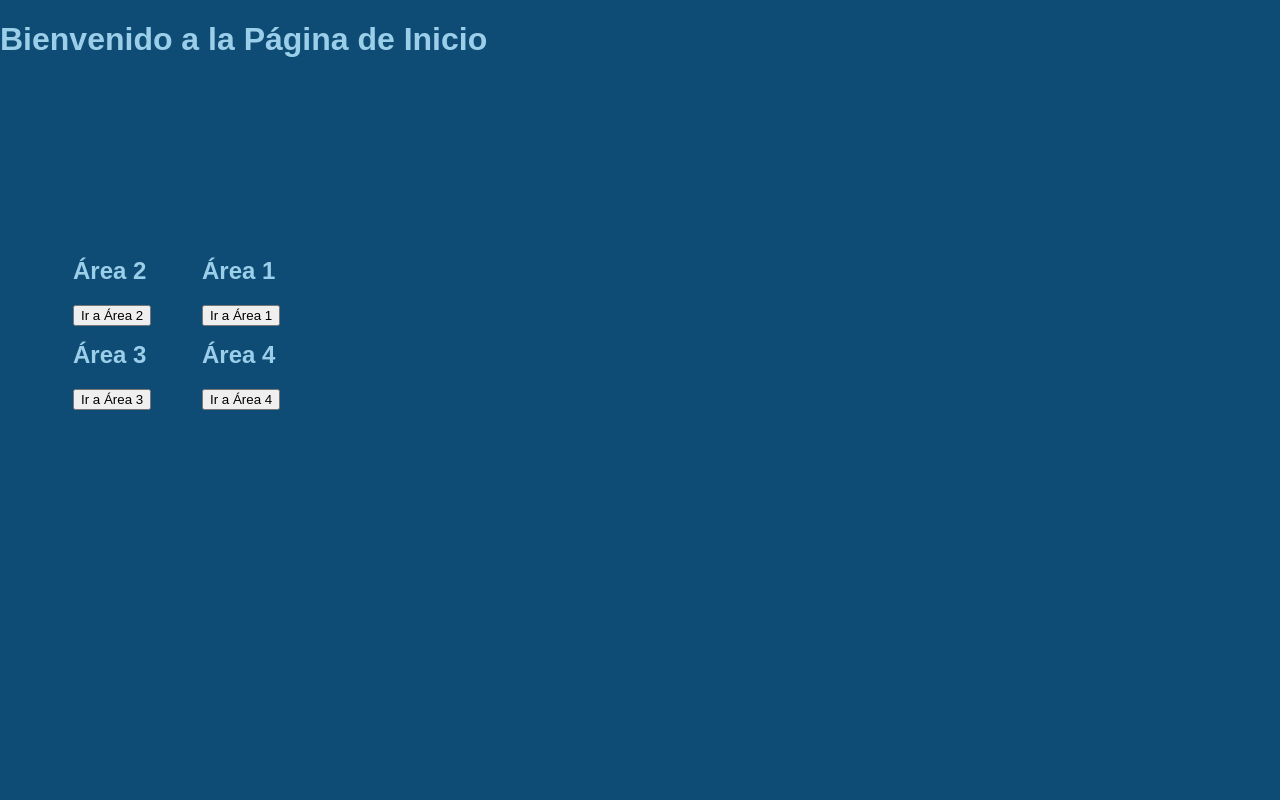
Repository: iDiv3r/MexiQuimicosIsay
Page: Inicio.html
An editor plug-in stored every save of this project. The page is shown before and after the next save, followed by the edit.
The browser window is 1280 px wide. The pictures show the whole page.

Above is the page before, as saved 2023-11-26 17:11:26.

### Inicio.html
<!DOCTYPE html>
<html>
<head>
  <title>Página de Inicio</title>
  <link rel="stylesheet" href="css/Inicio.css">
  <link rel="stylesheet" href="css/login.css">
</head>
<body>
  <h1>Bienvenido a la Página de Inicio</h1>
  <div id="contenedor">
  <div class="Btn1">
    <h2>Área 1</h2>
    <button onclick="location.href='/ruta/area1.html'">Ir a Área 1</button>
  </div>

  <div class="Btn2">
    <h2>Área 2</h2>
    <button onclick="location.href='/ruta/area2.html'">Ir a Área 2</button>
  </div>

  <div class="Btn3">
    <h2>Área 3</h2>
    <button onclick="location.href='/ruta/area3.html'">Ir a Área 3</button>
  </div>

  <div class="Btn4">
    <h2>Área 4</h2>
    <button onclick="location.href='/ruta/area4.html'">Ir a Área 4</button>
  </div>
</div>
</body>
</html>

### css/Inicio.css
.Btn1{
  position: absolute;
width: 83px;
height: 60px;
left: 202px;
right: 83px;
top: 157px;
bottom: 84px;
}

.Btn2{
position: absolute;
width: 83px;
height: 60px;
left: 73px;
right: 212px;
top: 157px;
bottom: 84px;
}

.Btn3{
position: absolute;
width: 83px;
height: 60px;
left: 73px;
right: 212px;
top: 241px;
bottom: 0;
}

.Btn4{
position: absolute;
width: 83px;
height: 60px;
left: 202px;
right: 83px;
top: 241px;
bottom: 0;
}

### css/login.css
body {
    font-family: 'Overpass', sans-serif;
    font-weight: normal;
    font-size: 100%;
    color: #9bcee9;

    margin: 0;
    background-color: #0f4c75;
}

#contenedor {
    display: flex;
    align-items: center;
    justify-content: center;

    margin: 0;
    padding: 0;
    min-width: 100vw;
    min-height: 100vh;
    width: 100%;
    height: 100%;
}

#central {
    max-width: 320px;
    width: 100%;
}

.titulo {
    font-size: 250%;
    color:#bbe1fa;
    text-align: center;
    margin-bottom: 20px;
}

#login {
    width: 100%;
    padding: 50px 30px;
    background-color: #73bced;

    -webkit-box-shadow: 0px 0px 5px 5px rgba(0,0,0,0.15);
    -moz-box-shadow: 0px 0px 5px 5px rgba(0,0,0,0.15);
    box-shadow: 0px 0px 5px 5px rgba(0,0,0,0.15);

    border-radius: 3px 3px 3px 3px;
    -moz-border-radius: 3px 3px 3px 3px;
    -webkit-border-radius: 3px 3px 3px 3px;

    box-sizing: border-box;
}

#login input {
    font-family: 'Overpass', sans-serif;
    font-size: 110%;
    color: #599fc4;

    display: block;
    width: 100%;
    height: 40px;

    margin-bottom: 10px;
    padding: 5px 5px 5px 10px;

    box-sizing: border-box;

    border: none;
    border-radius: 3px 3px 3px 3px;
    -moz-border-radius: 3px 3px 3px 3px;
    -webkit-border-radius: 3px 3px 3px 3px;
}

#login input::placeholder {
    font-family: 'Overpass', sans-serif;
    color: #E4E4E4;
}

#login button {
    font-family: 'Overpass', sans-serif;
    font-size: 110%;
    color:#346e8d;
    width: 100%;
    height: 40px;
    border: none;

    border-radius: 3px 3px 3px 3px;
    -moz-border-radius: 3px 3px 3px 3px;
    -webkit-border-radius: 3px 3px 3px 3px;

    background-color: #bbe1fa;

    margin-top: 10px;
}

#login button:hover {
    background-color: #5ccef4;
    color:#bbe1fa;
}

.pie-form {
    font-size: 90%;
    text-align: center;
    margin-top: 15px;
}

.pie-form a {
    display: block;
    text-decoration: none;
    color: #bbe1fa;
    margin-bottom: 3px;
}

.pie-form a:hover {
    color: #0f4c75;
}

.inferior {
    margin-top: 10px;
    font-size: 90%;
    text-align: center;
}

.inferior a {
    display: block;
    text-decoration: none;
    color: #bbe1fa;
    margin-bottom: 3px;
}

.inferior a:hover {
    color: #3282b8;
}

.logo{
    image-rendering: auto;
    width: 20%;
    height: 20%;

}

#contenedor {
    position: relative;
}

.titulo{
    position: absolute;
    top: 100px;
    left: 50%;
    transform: translateX(-50%);
}

After the next save:
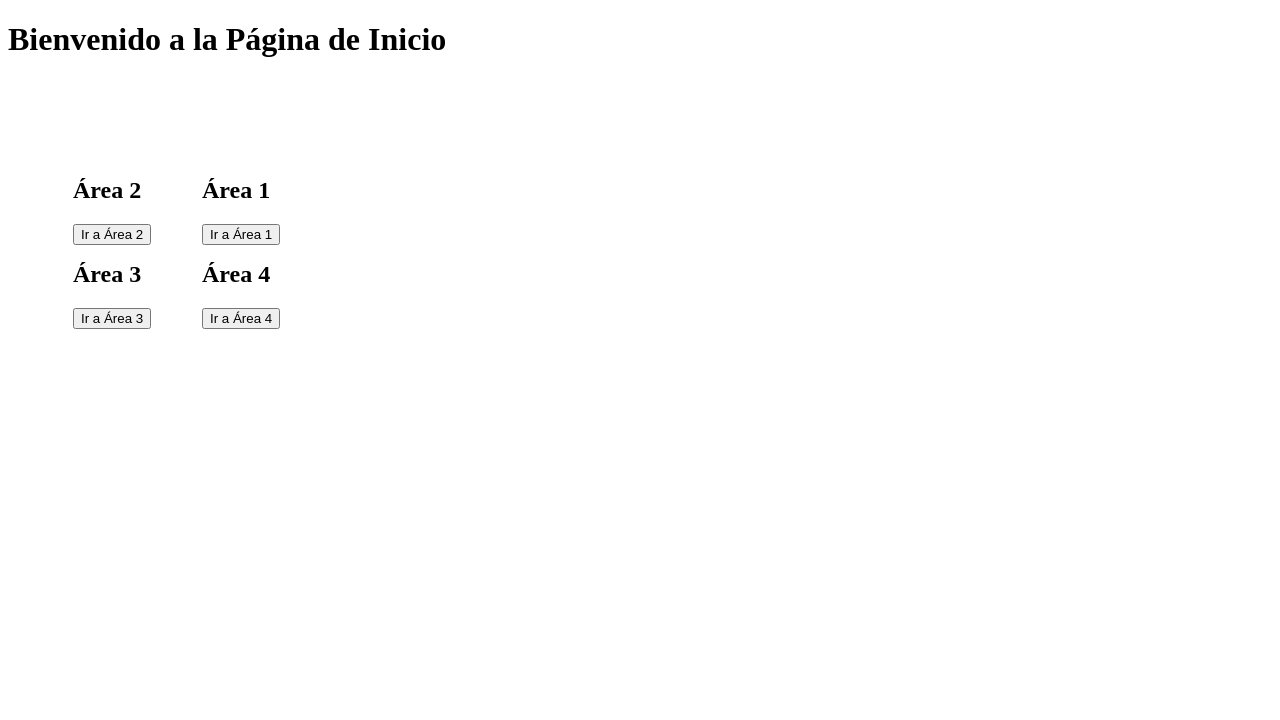
Saved 66 s later.
--- a/Inicio.html
+++ b/Inicio.html
@@ -3,7 +3,6 @@
 <head>
   <title>Página de Inicio</title>
   <link rel="stylesheet" href="css/Inicio.css">
-  <link rel="stylesheet" href="css/login.css">
 </head>
 <body>
   <h1>Bienvenido a la Página de Inicio</h1>
